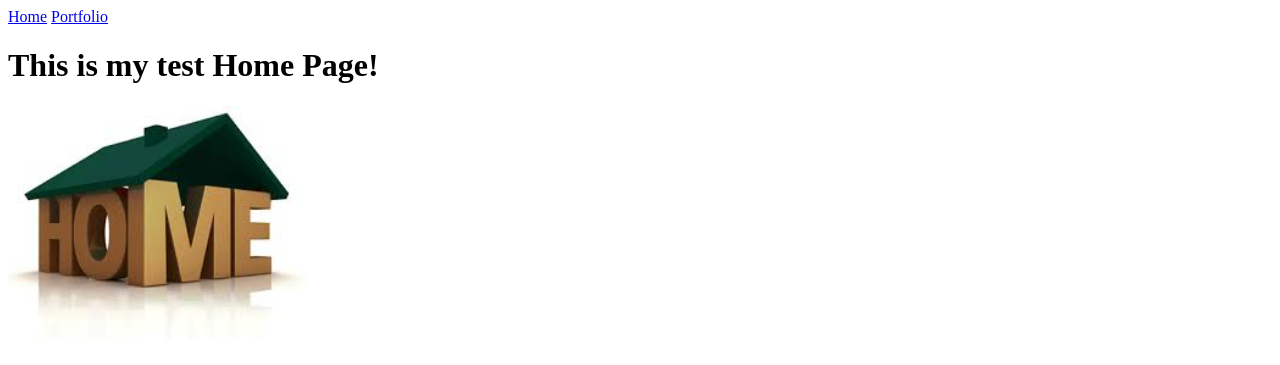
Repository: ashleykbc/aking1286.github.io
Page: my_website/index.html
The author's editor kept a record of every edit. The page is drawn from the files as they stood at one moment, then again after the next edit.
The browser window is 1280 px wide. The pictures show the whole page.

Above is the page before.

After the next edit:
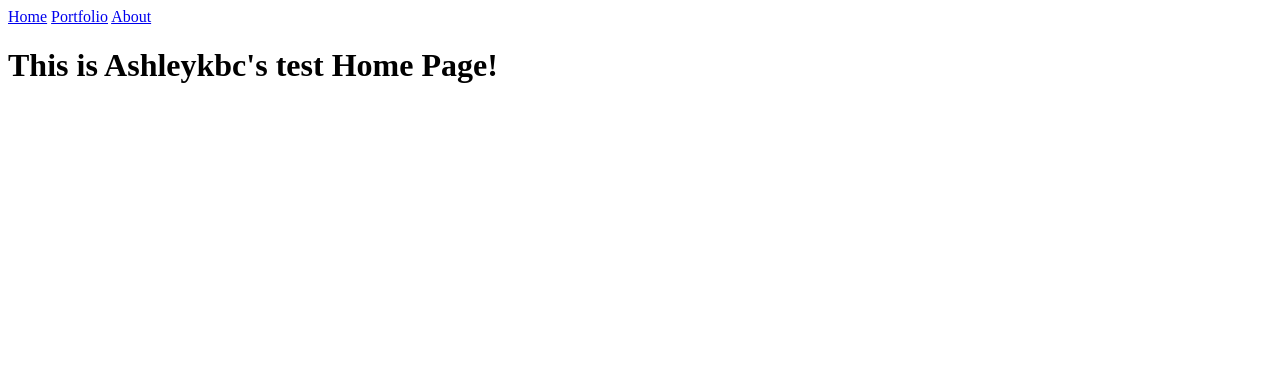
The edit:
--- a/my_website/index.html
+++ b/my_website/index.html
@@ -7,7 +7,7 @@
   <body>
     <a href="index.html">Home</a>
     <a href="portfolio.html">Portfolio</a>
-    <h1>This is my test Home Page!</h1>
-    <img src="images/home.jpg" height="250">
+       <a href="about.html">About</a>
+    <h1>This is Ashleykbc's test Home Page!</h1>
   </body>
 </html>
